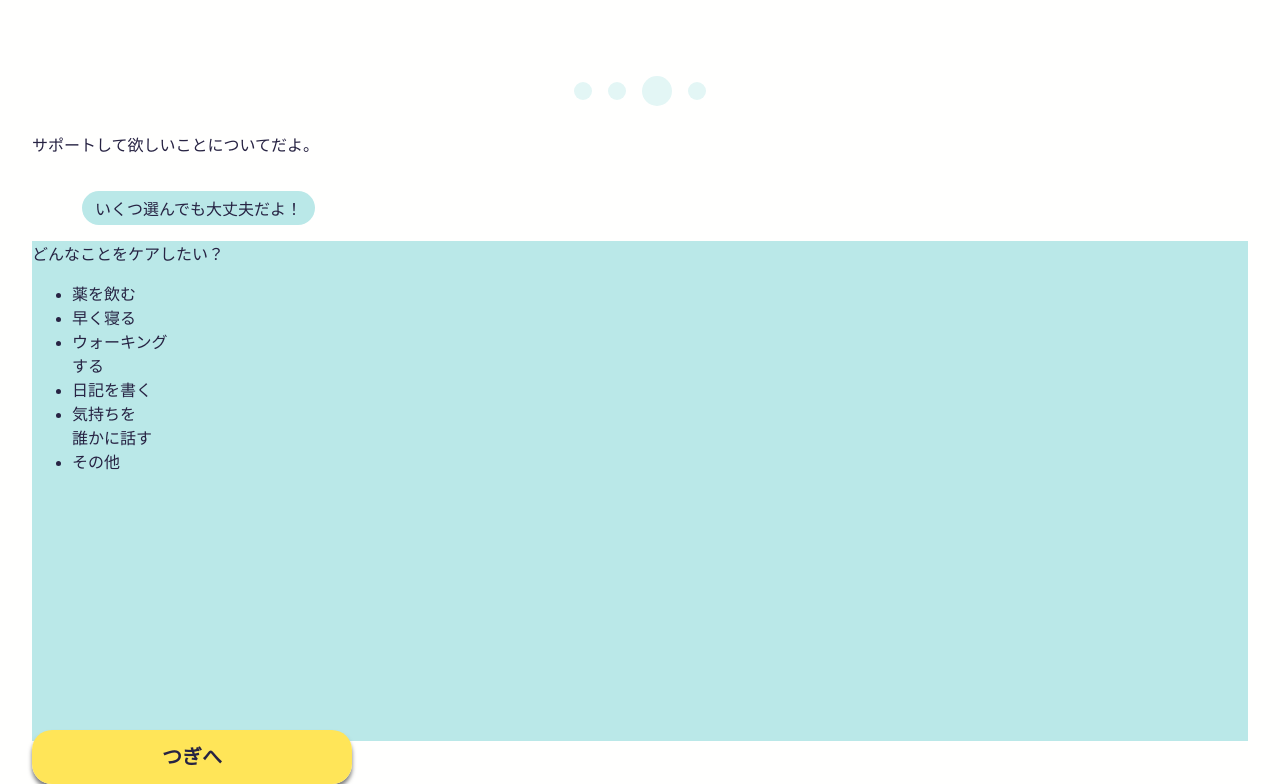
Repository: misaki0919/Self-care
Page: support.html
The author's editor kept a copy of each file at every save. The page is drawn from the files as they stood at one save, then again after the next save.
The browser window is 1280 px wide. The pictures show the whole page.
Some web fonts or font styles are not loaded; a fallback is used.

Above is the page before, as saved 2026-07-16 15:07:57.

After the next save:
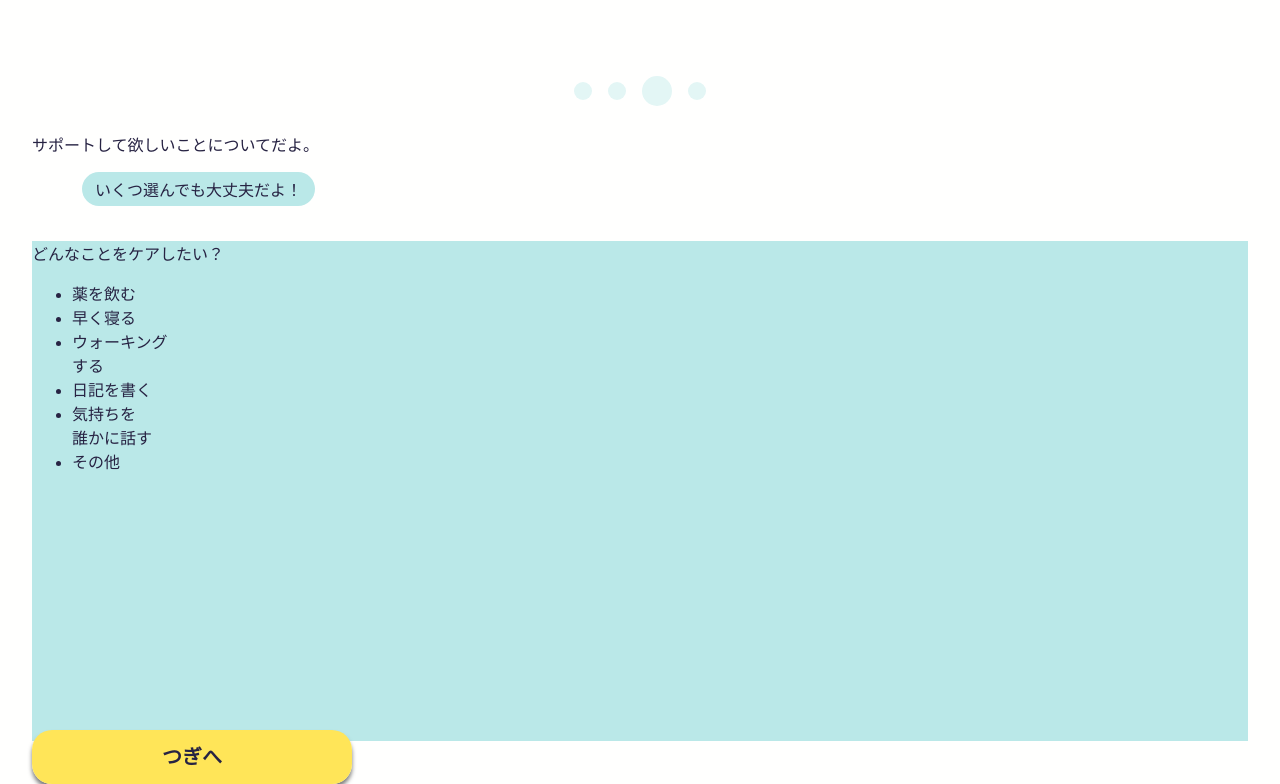
Saved 11 s later.
--- a/css/support.css
+++ b/css/support.css
@@ -45,7 +45,7 @@ body{
     justify-content: center;
     align-items: center;
     margin-left: 50px;
-    margin-top: 35px;
+    margin-bottom: 35px;
 }
 .wrap{
     background-color: #BAE8E8;
